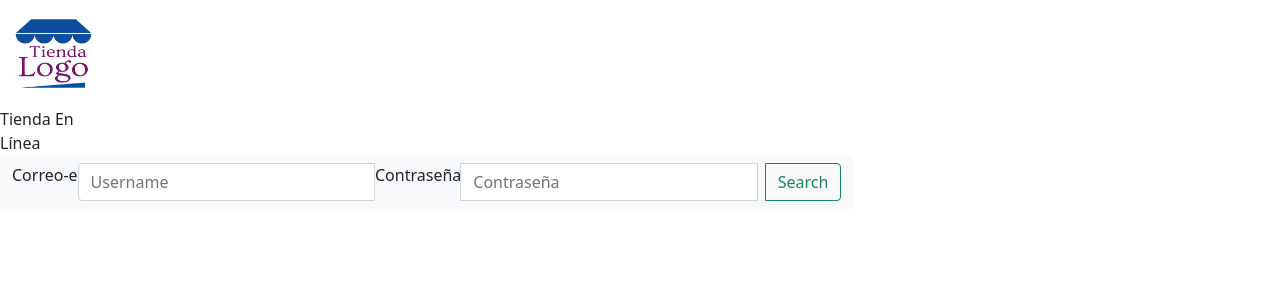
Repository: nicorp00/bootstrapSass
Page: Main/index.html
These files come from the project's save history. The page is drawn as it stood at one moment and after a run of saves; the edit follows.
The browser window is 1280 px wide. The pictures show the whole page.
The style sheet was rebuilt from its Sass, Less or Tailwind sources for each picture, by a compiler version that may differ from the author's.

Above is the page before, as saved 2022-03-25 10:58:36.

After the next 2 saves:
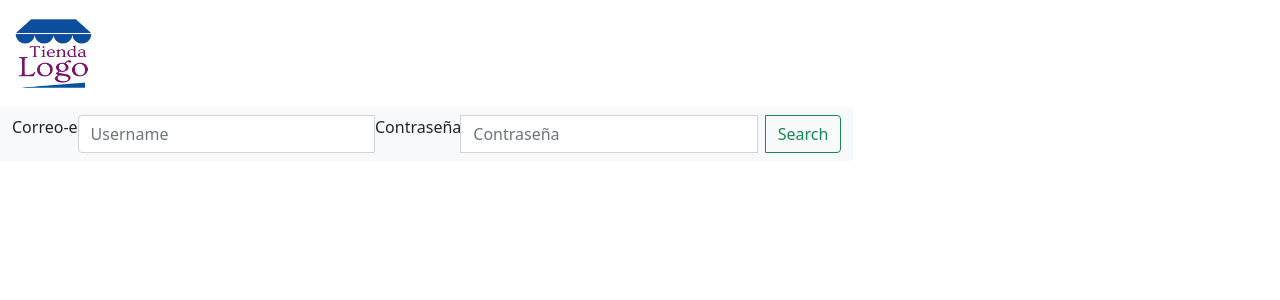
The 2 saves are shown as one change because they came seconds apart.
The last was saved 9 s later.
--- a/Main/index.html
+++ b/Main/index.html
@@ -11,8 +11,8 @@
 <body>
     <section class="section__top">
         <div class="col-1">
-            <img src="img/logo.png" class="img-fluid" alt="...">Tienda En Línea
-
+            <img src="img/logo.png" class="img-fluid" alt="...">
+            <span></span>
         </div>
         <div>
             <nav class="navbar navbar-light bg-light col-8">
